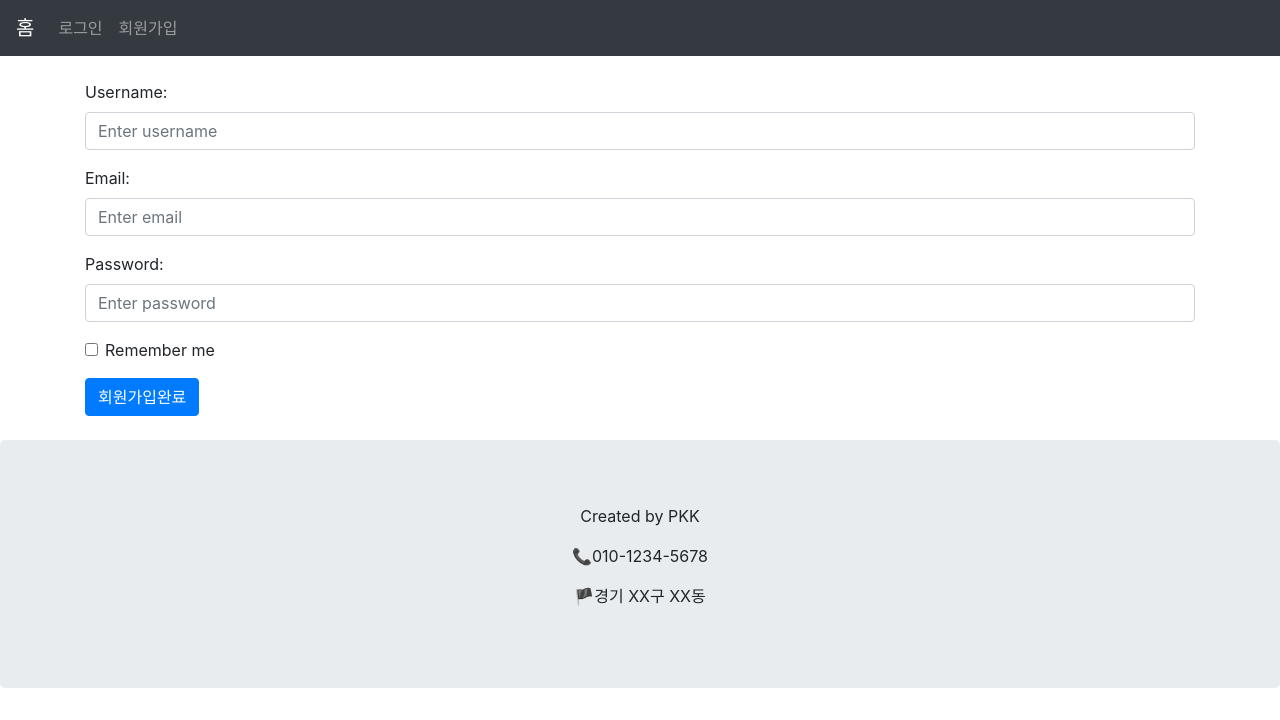
Repository: GGkyu/Springboot-JPA-Blog
Page: http://localhost/blog/WEB-INF/views/user/loginForm.jsp
These files come from the project's save history. The page is drawn as it stood at one moment and after the next save; the edit follows.
The browser window is 1280 px wide. The pictures show the whole page.
The page is served by Tomcat 9. Nobody is signed in. Other server files are loaded and not shown. The template is opened directly, without the code that normally fills it, so the values that code supplies are empty.

Above is the page before, as saved 2021-07-23 02:26:59.

### blog/src/main/webapp/WEB-INF/views/user/loginForm.jsp
<%@ page language="java" contentType="text/html; charset=UTF-8" pageEncoding="UTF-8"%>

<%@ include file="../layout/header.jsp"%>

<div class="container">
	<form action="/action_page.php">
		<div class="form-group">
			<label for="username">Username:</label> <input type="text" class="form-control" placeholder="Enter username" id="username">
		</div>
		<div class="form-group">
			<label for="email">Email:</label> <input type="email" class="form-control" placeholder="Enter email" id="email">
		</div>
		<div class="form-group">
			<label for="password">Password:</label> <input type="password" class="form-control" placeholder="Enter password" id="password">
		</div>

		<div class="form-group form-check">
			<label class="form-check-label"> <input class="form-check-input" type="checkbox"> Remember me
			</label>
		</div>

		<button type="submit" class="btn btn-primary">회원가입완료</button>
	</form>
</div>

<%@ include file="../layout/footer.jsp"%>

### blog/src/main/webapp/WEB-INF/views/layout/header.jsp
<%@ page language="java" contentType="text/html; charset=UTF-8" pageEncoding="UTF-8"%>
<!DOCTYPE html>
<html lang="en">
<head>
<title>Bootstrap Example</title>
<meta charset="utf-8">
<meta name="viewport" content="width=device-width, initial-scale=1">
<link rel="stylesheet" href="https://maxcdn.bootstrapcdn.com/bootstrap/4.5.2/css/bootstrap.min.css">
</head>
<body>

	<nav class="navbar navbar-expand-md bg-dark navbar-dark">
		<a class="navbar-brand" href="/blog">홈</a>
		<button class="navbar-toggler" type="button" data-toggle="collapse" data-target="#collapsibleNavbar">
			<span class="navbar-toggler-icon"></span>
		</button>
		<div class="collapse navbar-collapse" id="collapsibleNavbar">
			<ul class="navbar-nav">
				<li class="nav-item"><a class="nav-link" href="/blog/user/loginForm">로그인</a></li>
				<li class="nav-item"><a class="nav-link" href="/blog/user/joinForm">회원가입</a></li>
			</ul>
		</div>
	</nav>
	<br />

### blog/src/main/webapp/WEB-INF/views/layout/footer.jsp
<%@ page language="java" contentType="text/html; charset=UTF-8" pageEncoding="UTF-8"%>
<br />
<div class="jumbotron text-center" style="margin-bottom: 0">
	<p>Created by PKK</p>
	<p>📞010-1234-5678</p>
	<p>🏴경기 XX구 XX동</p>
</div>

<script src="https://ajax.googleapis.com/ajax/libs/jquery/3.5.1/jquery.min.js"></script>
<script src="https://cdnjs.cloudflare.com/ajax/libs/popper.js/1.16.0/umd/popper.min.js"></script>
<script src="https://maxcdn.bootstrapcdn.com/bootstrap/4.5.2/js/bootstrap.min.js"></script>
</body>
</html>

After the next save:
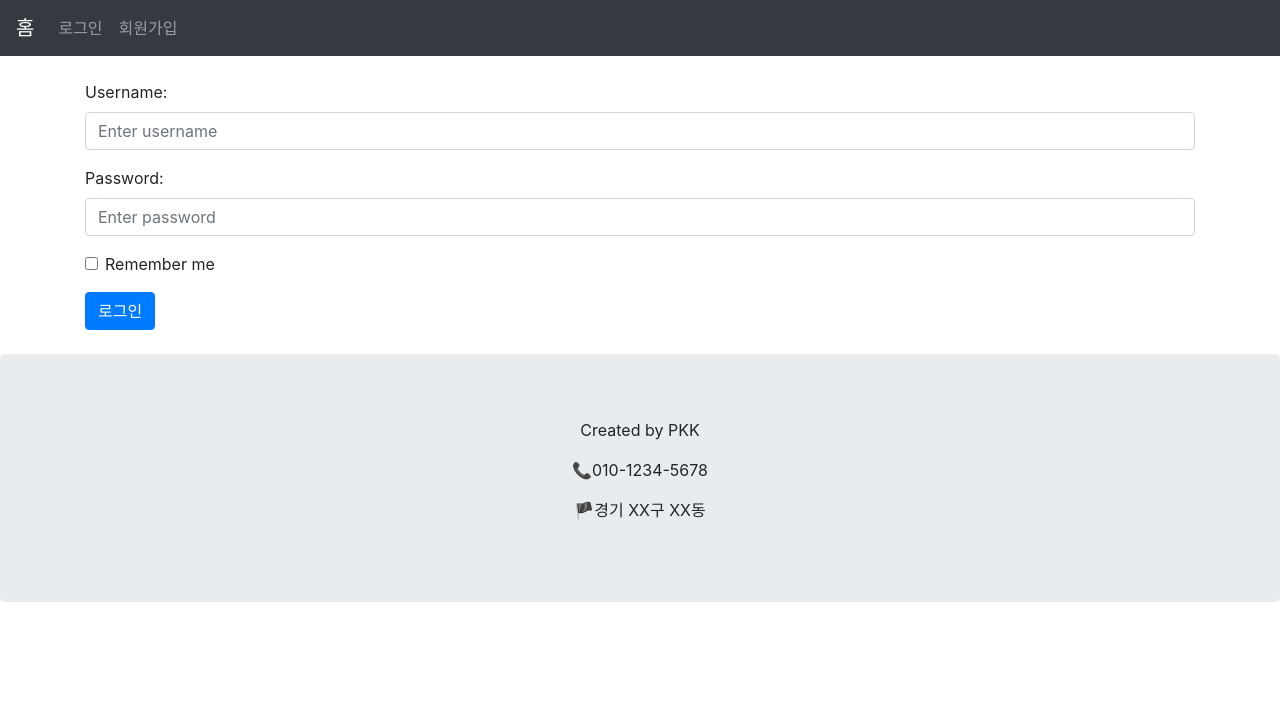
Saved 10 min 14 s later.
--- a/blog/src/main/webapp/WEB-INF/views/user/loginForm.jsp
+++ b/blog/src/main/webapp/WEB-INF/views/user/loginForm.jsp
@@ -7,9 +7,7 @@
 		<div class="form-group">
 			<label for="username">Username:</label> <input type="text" class="form-control" placeholder="Enter username" id="username">
 		</div>
-		<div class="form-group">
-			<label for="email">Email:</label> <input type="email" class="form-control" placeholder="Enter email" id="email">
-		</div>
+
 		<div class="form-group">
 			<label for="password">Password:</label> <input type="password" class="form-control" placeholder="Enter password" id="password">
 		</div>
@@ -19,7 +17,7 @@
 			</label>
 		</div>
 
-		<button type="submit" class="btn btn-primary">회원가입완료</button>
+		<button type="submit" class="btn btn-primary">로그인 </button>
 	</form>
 </div>
 
